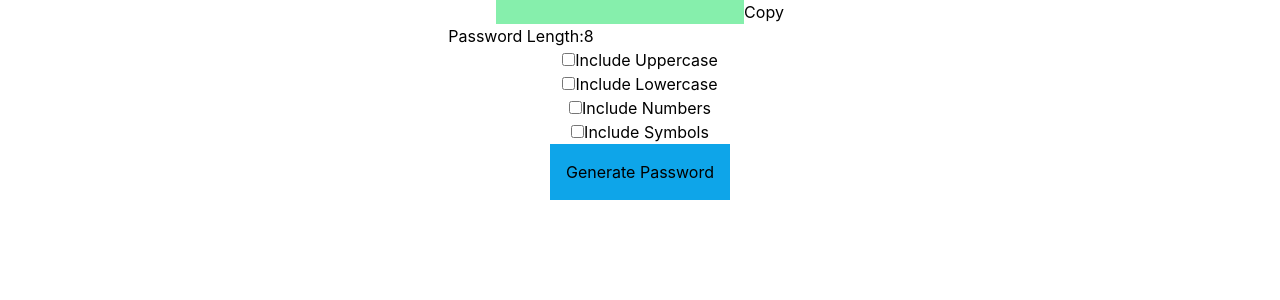
Repository: sriram1224/Password-generator
Page: / (app in password-generator/)
These files come from the project's save history. The page is drawn as it stood at one moment and after the next save; the edit follows.
The browser window is 1280 px wide. The pictures show the whole page.
Some web libraries are served in a nearby version. The project was rebuilt for these pictures with package versions that can differ from the ones it lists, and the page was loaded fresh each time.

Above is the page before, as saved 2024-03-10 21:23:22.

### password-generator/public/index.html
<!DOCTYPE html>
<html lang="en">

<head>
  <meta charset="utf-8" />
  <link rel="icon" href="%PUBLIC_URL%/favicon.ico" />
  <meta name="viewport" content="width=device-width, initial-scale=1" />
  <meta name="theme-color" content="#000000" />
  <meta name="description" content="Web site created using create-react-app" />

  <link rel="apple-touch-icon" href="%PUBLIC_URL%/logo192.png" />
  <!--
      manifest.json provides metadata used when your web app is installed on a
      user's mobile device or desktop. See https://developers.google.com/web/fundamentals/web-app-manifest/
    -->
  <link rel="manifest" href="%PUBLIC_URL%/manifest.json" />
  <!--
      Notice the use of %PUBLIC_URL% in the tags above.
      It will be replaced with the URL of the `public` folder during the build.
      Only files inside the `public` folder can be referenced from the HTML.

      Unlike "/favicon.ico" or "favicon.ico", "%PUBLIC_URL%/favicon.ico" will
      work correctly both with client-side routing and a non-root public URL.
      Learn how to configure a non-root public URL by running `npm run build`.
    -->
  <title>React App</title>
</head>

<body>
  <noscript>You need to enable JavaScript to run this app.</noscript>
  <div id="root"></div>
  <script src="https://cdn.tailwindcss.com"></script>
</body>

</html>

### password-generator/src/App.js
import PasswordGenerator from './Components/content.js';
import './App.css';

function App() {
  return (
    <div className="App">
       <PasswordGenerator />

    </div>
  );
}

export default App;

### password-generator/src/Components/content.js
import React, { useState } from 'react';

const PasswordGenerator = () => {
  const [includeUppercase, setIncludeUppercase] = useState(false);
  const [includeLowercase, setIncludeLowercase] = useState(false);
  const [includeNumbers, setIncludeNumbers] = useState(false);
  const [includeSymbols, setIncludeSymbols] = useState(false);
  const [password, setPassword] = useState('');
  const [passwordLength, setPasswordLength] = useState(8);

  const generatePassword = () => {
    const uppercaseChars = 'ABCDEFGHIJKLMNOPQRSTUVWXYZ';
    const lowercaseChars = 'abcdefghijklmnopqrstuvwxyz';
    const numberChars = '0123456789';
    const symbolChars = '!@#$%^&*()_+-=[]{}|;:,.<>?';

    let chars = '';
    if (includeUppercase) chars += uppercaseChars;
    if (includeLowercase) chars += lowercaseChars;
    if (includeNumbers) chars += numberChars;
    if (includeSymbols) chars += symbolChars;

    let generatedPassword = '';
    for (let i = 0; i < passwordLength; i++) {
      const randomIndex = Math.floor(Math.random() * chars.length);
      generatedPassword += chars[randomIndex];
    }
    setPassword(generatedPassword);
  };

  const copyToClipboard = () => {
    navigator.clipboard.writeText(password);
  };

  return (
    <div>


      <div>
        <input type="text" readOnly value={password} class="bg-green-300"	 />
        <button onClick={copyToClipboard}>Copy</button>
          </div>
          <div>
        <label>
          Password Length:
          <input type="number" value={passwordLength} onChange={(e) => setPasswordLength(parseInt(e.target.value))} />
        </label>
          </div>
               <div>
        <label>
          <input type="checkbox" checked={includeUppercase} onChange={() => setIncludeUppercase(!includeUppercase)} />
          Include Uppercase
        </label>
      </div>
      <div>
        <label>
          <input type="checkbox" checked={includeLowercase} onChange={() => setIncludeLowercase(!includeLowercase)} />
          Include Lowercase
        </label>
      </div>
      <div>
        <label>
          <input type="checkbox" checked={includeNumbers} onChange={() => setIncludeNumbers(!includeNumbers)} />
          Include Numbers
        </label>
      </div>
      <div>
        <label>
          <input type="checkbox" checked={includeSymbols} onChange={() => setIncludeSymbols(!includeSymbols)} />
          Include Symbols
        </label>
      </div>

          <button onClick={generatePassword} class="bg-sky-500/100 p-4">Generate Password</button>
    </div>
  );
};

export default PasswordGenerator;

Loaded but not shown: password-generator/src/index.js (common file); password-generator/src/index.css (common file); password-generator/src/reportWebVitals.js (common file); password-generator/src/App.css (common file)

After the next save:
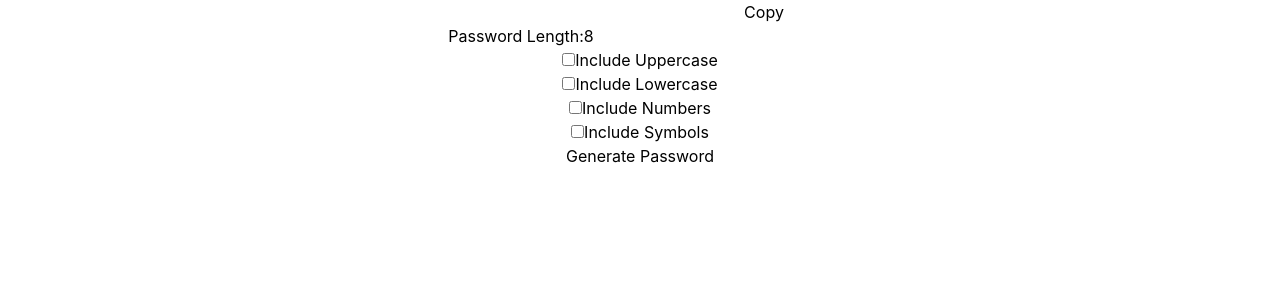
Saved 46 s later.
--- a/password-generator/src/Components/content.js
+++ b/password-generator/src/Components/content.js
@@ -37,7 +37,7 @@ const PasswordGenerator = () => {
 
 
       <div>
-        <input type="text" readOnly value={password} class="bg-green-300"	 />
+        <input type="text" readOnly value={password} class="text-input"	 />
         <button onClick={copyToClipboard}>Copy</button>
           </div>
           <div>
@@ -71,7 +71,7 @@ const PasswordGenerator = () => {
         </label>
       </div>
 
-          <button onClick={generatePassword} class="bg-sky-500/100 p-4">Generate Password</button>
+          <button onClick={generatePassword} class="generate">Generate Password</button>
     </div>
   );
 };
